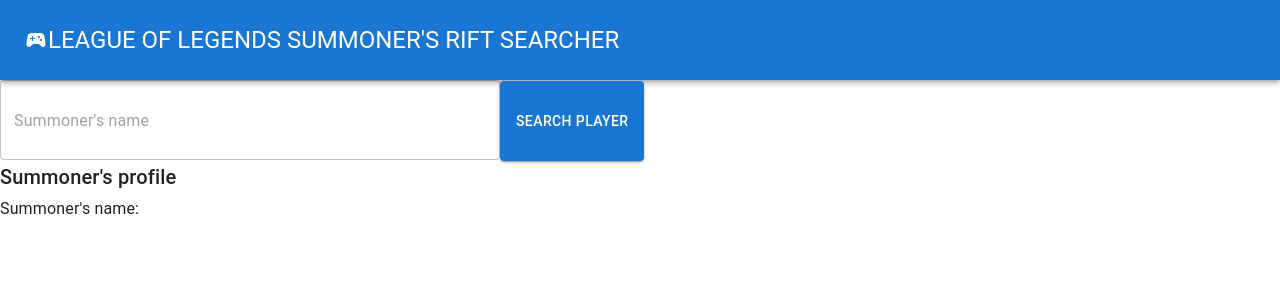
Repository: Mikerr21/League-Of-Legends-API
Page: /
An editor plug-in stored every save of this project. The page is shown before and after a run of saves, followed by the edit.
The browser window is 1280 px wide. The pictures show the whole page.
The page's requests for data from a server got no answer. The project was rebuilt for these pictures with package versions that can differ from the ones it lists, and the page was loaded fresh each time. No one was signed in, and anything a server would have sent is missing.

Above is the page before, as saved 2022-09-24 22:25:02.

### public/index.html
<!DOCTYPE html>
<html lang="en">
  <head>
    <meta charset="utf-8" />
    <link rel="icon" href="%PUBLIC_URL%/favicon.ico" />
    <meta name="viewport" content="width=device-width, initial-scale=1" />
    <meta name="theme-color" content="#000000" />
    <meta
      name="description"
      content="Web site created using create-react-app"
    />
    <link rel="apple-touch-icon" href="%PUBLIC_URL%/logo192.png" />

    <title>React App</title>
  </head>
  <body>
    <noscript>You need to enable JavaScript to run this app.</noscript>
    <div id="root"></div>

  </body>
</html>

### src/App.js
import React from "react";
import axios from "axios";
import { useState } from "react";
import { AppBar } from "@mui/material";
import { Toolbar } from "@mui/material";
import { CssBaseline } from "@mui/material";
import SportsEsportsIcon from "@mui/icons-material/SportsEsports";
import OutlinedInput from "@mui/material/OutlinedInput";

import { Typography } from "@mui/material";
import { Button } from "@mui/material";
import { Box } from "@mui/material";

import ListSubheader from '@mui/material/ListSubheader';
import List from '@mui/material/List';
import ListItemButton from '@mui/material/ListItemButton';
import ListItemIcon from '@mui/material/ListItemIcon';
import ListItemText from '@mui/material/ListItemText';
import Collapse from '@mui/material/Collapse';
import InboxIcon from '@mui/icons-material/MoveToInbox';
import DraftsIcon from '@mui/icons-material/Drafts';
import SendIcon from '@mui/icons-material/Send';
import ExpandLess from '@mui/icons-material/ExpandLess';
import ExpandMore from '@mui/icons-material/ExpandMore';
import StarBorder from '@mui/icons-material/StarBorder';



function App() {
  const [searchPlayer, setSearchPlayer] = useState("");
  const [playerData, setPlayerData] = useState({});
  const API_KEY = "c4eb3244-2494-4789-a6a3-47b4f6d5b70a";

  function fetchPlayerData(event) {
    var API_KEY = "RGAPI-e5d7e95c-8a4e-4469-bf42-53bc6d1175b3";
    var API_CALL_STRING =
      "https://euw1.api.riotgames.com/lol/summoner/v4/summoners/by-name/" +
      searchPlayer +
      "?api_key=" +
      API_KEY;
    axios
      .get(API_CALL_STRING)
      .then(function (response) {
        //Success

        setPlayerData(response.data);
      })
      .catch(function (error) {
        //Error
        console.log(error);
      });
  }

  return (
    <div className="App">
      <CssBaseline />


      <AppBar position="static">
        <Toolbar variant="dense" style={{ height: "80px" }}>
          <SportsEsportsIcon></SportsEsportsIcon>
          <Typography variant="h5" component="h2">
            LEAGUE OF LEGENDS SUMMONER'S RIFT SEARCHER
          </Typography>
        </Toolbar>
      </AppBar>
      <Box>
        <OutlinedInput
          onChange={(e) => setSearchPlayer(e.target.value)}
          type="text"
          placeholder="Summoner's name"
          style={{ height: "80px", width: "500px" }}
        ></OutlinedInput>
        <Button
          onClick={fetchPlayerData()}
          variant="contained"
          style={{ height: "80px" }}
        >
          Search player
        </Button>
      </Box>
      {JSON.stringify(playerData.data)}

      <List
      sx={{ width: '100%', maxWidth: 360, bgcolor: 'background.paper' }}
      component="nav"
      aria-labelledby="nested-list-subheader"
      subheader={
        <Typography variant="h6">
         Summoner's profile
        </Typography>
      }
    >
      {/* <ListItemButton>
        <ListItemIcon>
          <SendIcon />
        </ListItemIcon>
        <ListItemText primary="Sent mail" />
      </ListItemButton>
      <ListItemButton>
        <ListItemIcon>
          <DraftsIcon />
        </ListItemIcon>
        <ListItemText primary="Drafts" />
      </ListItemButton>
        <List component="div" disablePadding>
          <ListItemButton sx={{ pl: 4 }}>
            <ListItemIcon>
              <StarBorder />
            </ListItemIcon>
            <ListItemText primary="Starred" />
          </ListItemButton>
        </List>
     */}
 <ListItemText><Typography>Summoner's name:{searchPlayer}</Typography></ListItemText>
 <ListItemText></ListItemText>
 <ListItemText></ListItemText>
 </List>
    </div>
  );
}

export default App;

Loaded but not shown: src/index.js (common file)

After the next 2 saves:
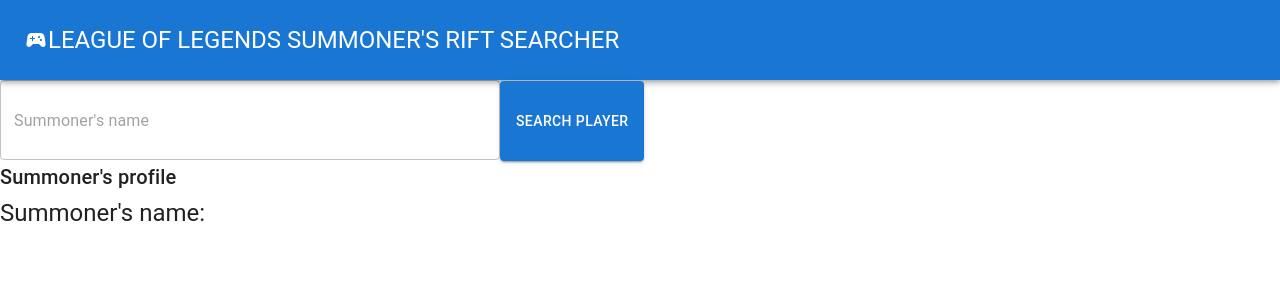
The 2 saves are shown as one change because they came seconds apart.
The last was saved 26 s later.
--- a/src/App.js
+++ b/src/App.js
@@ -112,7 +112,7 @@
           </ListItemButton>
         </List>
      */}
- <ListItemText><Typography>Summoner's name:{searchPlayer}</Typography></ListItemText>
+ <ListItemText><Typography variant="h5">Summoner's name:{searchPlayer}</Typography></ListItemText>
  <ListItemText></ListItemText>
  <ListItemText></ListItemText>
  </List>
